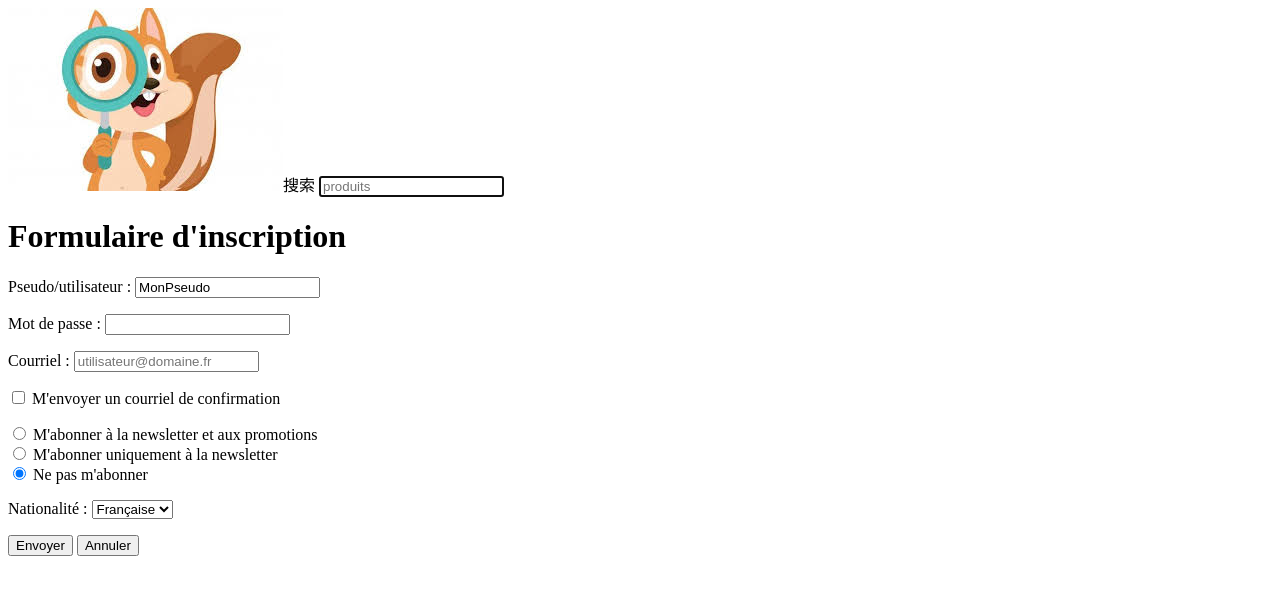
Repository: clairedupuich/excercice
Page: javaScript/Gestion les formulaires /formulaires.html
The author's editor kept a copy of each file at every save. The page is drawn from the files as they stood at one save, then again after the next save.
The browser window is 1280 px wide. The pictures show the whole page.

Above is the page before, as saved 2020-10-14 22:53:53.

After the next save:
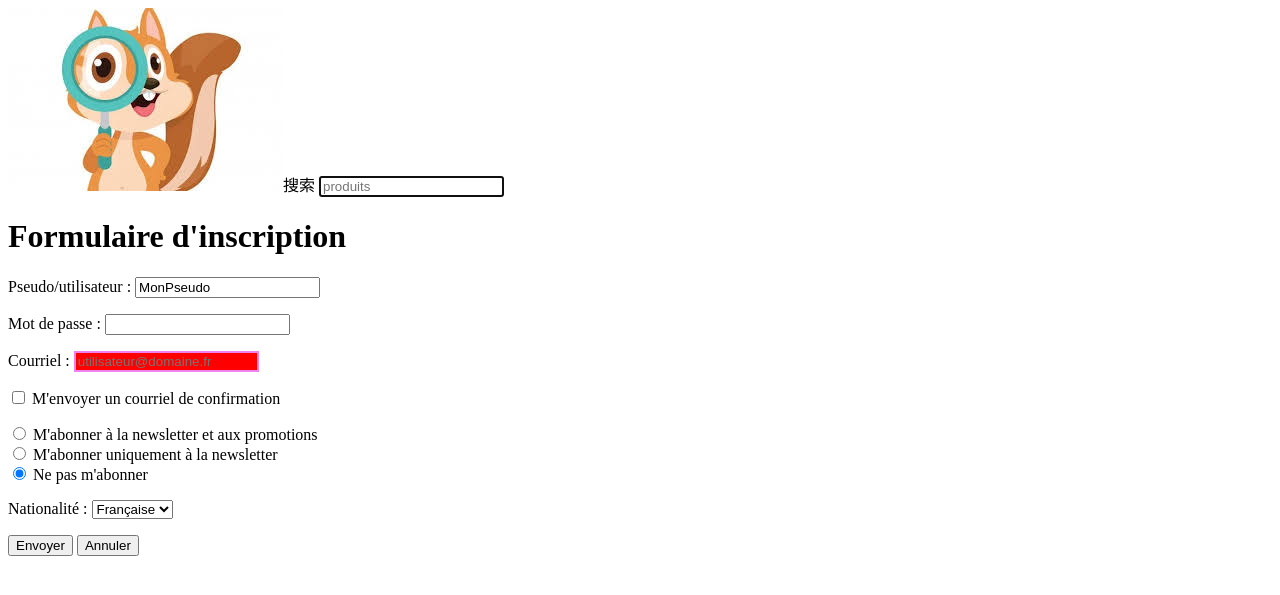
Saved 5 s later.
--- a/javaScript/Gestion les formulaires /formulaires.css
+++ b/javaScript/Gestion les formulaires /formulaires.css
@@ -7,7 +7,7 @@
 
 
 #courriel:not(:focus):invalid {
-    /* background: red;
+    background: red;
     border: 2px solid violet;
     color: blue;
 }
